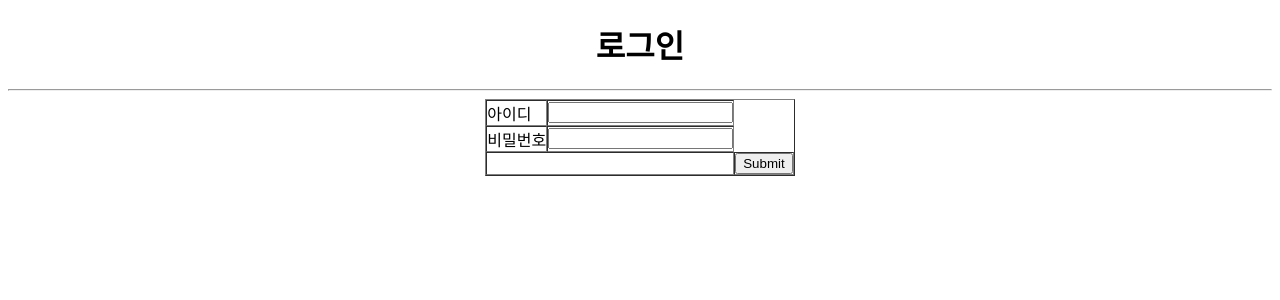
Repository: Mockingbirs/src
Page: http://localhost/ch11_SpringMVC_Board/login.jsp
The author's editor kept a copy of each file at every save. The page is drawn from the files as they stood at one save, then again after the next save.
The browser window is 1280 px wide. The pictures show the whole page.
The page is served by Tomcat 9. Nobody is signed in. The application's start-up code is not run. Other server files are loaded and not shown.

Above is the page before, as saved 2022-09-14 07:47:29.

### ch11_SpringMVC_Board/src/main/webapp/login.jsp
<%@ page language="java" contentType="text/html; charset=UTF-8"
	pageEncoding="UTF-8"%>
<!DOCTYPE html>
<html>
<head>
<meta charset="UTF-8">
<title>로그인 폼</title>
</head>
<body>

	<h1 align="center">로그인</h1>
	<hr>
	<form action="./login.do" method="post">
		<table border="1" cellpadding="0" cellspacing="0" align="center">
			<tr>
				<td>아이디</td>
				<td><input type="text" name="id" /></td>
			</tr>

			<tr>
				<td>비밀번호</td>
				<td><input type="password" name="password" /></td>
			</tr>

			<tr>
				<td colspan="2" align="center"></td>
				<td><input type="submit" /></td>
			</tr>

		</table>
	</form>

</body>
</html>

After the next save:
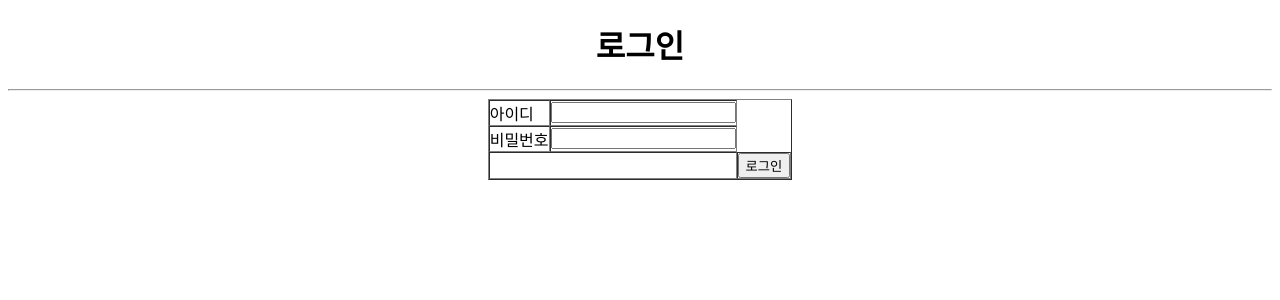
Saved 9 s later.
--- a/ch11_SpringMVC_Board/src/main/webapp/login.jsp
+++ b/ch11_SpringMVC_Board/src/main/webapp/login.jsp
@@ -24,7 +24,7 @@
 
 			<tr>
 				<td colspan="2" align="center"></td>
-				<td><input type="submit" /></td>
+				<td><input type="submit" value="로그인" /></td>
 			</tr>
 
 		</table>
